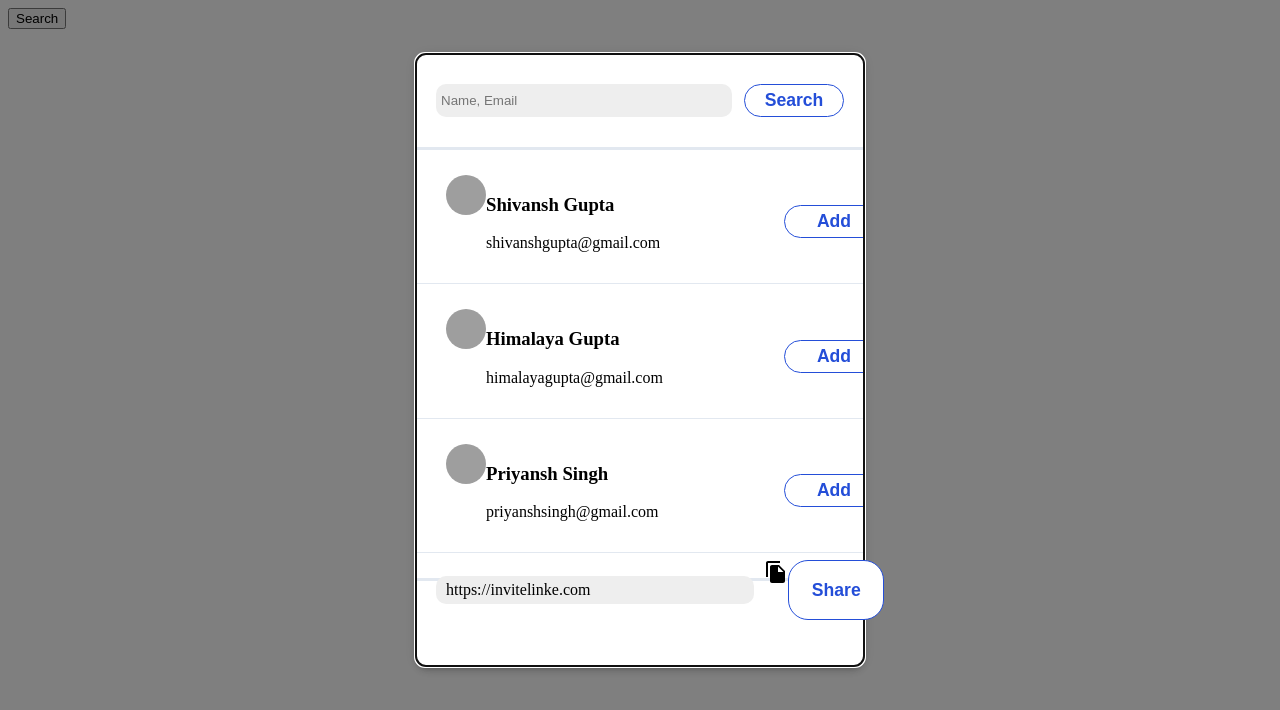
Repository: shiv0403/event-planner
Page: /, after clicking the first element matching `button`
An editor plug-in stored every save of this project. The page is shown before and after the next save, followed by the edit.
The browser window is 1280 px wide. The pictures show the whole page.
Pictures or frames that could not be fetched are drawn as grey boxes. An inner scrolling area shows only its first screen. The project was rebuilt for these pictures with package versions that can differ from the ones it lists, and the page was loaded fresh each time.

Above is the page before, as saved 2021-07-27 13:02:46.

### src/App.js
import React from "react";
import Modal from "./Components/SearchModal/SearchModal";

function App() {
  return (
    <div className="App">
      <Modal />
    </div>
  );
}

export default App;

### src/Components/SearchModal/SearchModal.js
import React, { useState } from "react";
import { makeStyles } from "@material-ui/core/styles";
import Modal from "@material-ui/core/Modal";
import Backdrop from "@material-ui/core/Backdrop";
import Fade from "@material-ui/core/Fade";
import FileCopyIcon from "@material-ui/icons/FileCopy";

import SearchPerson from "./SearchPerson";

import "./SearchModal.css";

const useStyles = makeStyles((theme) => ({
  modal: {
    display: "flex",
    alignItems: "center",
    justifyContent: "center",
  },
  paper: {
    backgroundColor: theme.palette.background.paper,
    boxShadow: theme.shadows[5],
    // padding: theme.spacing(2, 4, 3),
    width: "35%",
    borderRadius: "10px",
    height: "85%",
  },
}));

export default function TransitionsModal() {
  const classes = useStyles();
  const [open, setOpen] = useState(false);
  const [data, setData] = useState([
    {
      name: "Shivansh Gupta",
      email: "shivanshgupta@gmail.com",
    },
    {
      name: "Himalaya Gupta",
      email: "himalayagupta@gmail.com",
    },
    {
      name: "Priyansh Singh",
      email: "priyanshsingh@gmail.com",
    },
    {
      name: "asdlkfj lskdjf",
      email: "sadlkfj@lskdf.com",
    },

    {
      name: "asdlkfj lskdjf",
      email: "sadlkfj@lskdf.com",
    },
    {
      name: "asdlkfj lskdjf",
      email: "sadlkfj@lskdf.com",
    },
    {
      name: "asdlkfj lskdjf",
      email: "sadlkfj@lskdf.com",
    },
    {
      name: "asdlkfj lskdjf",
      email: "sadlkfj@lskdf.com",
    },
    {
      name: "asdlkfj lskdjf",
      email: "sadlkfj@lskdf.com",
    },
  ]);

  const handleOpen = () => {
    setOpen(true);
  };

  const handleClose = () => {
    setOpen(false);
  };

  return (
    <div>
      <button type="button" onClick={handleOpen}>
        Search
      </button>
      <Modal
        aria-labelledby="transition-modal-title"
        aria-describedby="transition-modal-description"
        className={classes.modal}
        open={open}
        onClose={handleClose}
        closeAfterTransition
        BackdropComponent={Backdrop}
        BackdropProps={{
          timeout: 500,
        }}
      >
        <Fade in={open}>
          <div className={classes.paper}>
            <div className="search__header">
              <input type="text" placeholder="Name, Email" />
              <button type="submit"> Search</button>
            </div>
            <div className="search__body">
              {data.map((person) => (
                <SearchPerson name={person.name} email={person.email} />
              ))}
            </div>
            <div className="search__footer">
              <p>https://invitelinke.com</p>
              <FileCopyIcon />
              <button type="submit">Share</button>
            </div>
          </div>
        </Fade>
      </Modal>
    </div>
  );
}

### src/Components/SearchModal/SearchPerson.js
import React from "react";
import Avatar from "@material-ui/core/Avatar";

import "./SearchPerson.css";

function SearchPerson({ name, email }) {
  return (
    <div className="search__person">
      <div className="sp__details">
        <div className="sp__details__avatar">
          <Avatar alt="Remy Sharp" src="/static/images/avatar/1.jpg" />
        </div>
        <div className="sp__details__cred">
          <h3>{name}</h3>
          <p>{email}</p>
        </div>
      </div>

      <div className="sp__add">
        <button type="submit">Add</button>
      </div>
    </div>
  );
}

export default SearchPerson;

### src/Components/SearchModal/SearchModal.css
.search__header {
  display: flex;
  justify-content: space-between;
  padding: 30px 20px;
  border-bottom: 3px solid #e2e8f0;
}

.search__header > input {
  border-radius: 10px;
  width: 70%;
  padding: 5px;
  margin-right: 10px;
  background-color: #eee;
  outline: none;
  border: 0px;
}

.search__header > button {
  padding: 5px 3px;
  width: 100px;
  border: 1px #244ed8 solid;
  font-size: 1.1rem;
  border-radius: 20px;
  background-color: #fff;
  font-weight: 800;
  color: #244ed8;
}

.search__body {
  overflow-y: auto;
  height: 70%;
  border-bottom: 3px solid #e2e8f0;
}

.search__body::-webkit-scrollbar {
  display: none;
}

.search__footer {
  display: flex;
  justify-content: space-between;
  margin-top: 40px;
  padding: 20px;
  position: absolute;
  bottom: 80px;
  width: 35%;
  /* border-top: 1px solid #e2e8f0; */
}

.search__footer > p {
  background-color: #eee;
  padding: 5px 10px;
  width: 70%;
  border-radius: 10px;
  margin-right: 10px;
}

.search__footer > button {
  padding: 5px 3px;
  width: 100px;
  border: 1px #244ed8 solid;
  font-size: 1.1rem;
  border-radius: 20px;
  background-color: #fff;
  font-weight: 800;
  color: #244ed8;
}

.search__footer > button:hover {
  background-color: RGBA(36, 78, 216, 0.1);
  box-shadow: inset 0 0 0 1.5px #244ed8;
  transition: all 0.3s;
}

### src/Components/SearchModal/SearchPerson.css
.search__person {
  display: flex;
  justify-content: space-between;
  align-items: center;
  padding: 5px 20px;
  width: 100%;
  margin: 10px auto;
}

.search__person:not(:last-child) {
  border-bottom: 1px #e2e8f0 solid;
}

.sp__details {
  /* background-color: #eee; */
  display: flex;
  border-radius: 10px;
  width: 95%;
  padding: 10px;
  margin-right: 10px;
}

.sp__details > h3 {
  font-size: 1.2rem;
  font-weight: 800;
}

.sp__details > p {
  font-size: 1rem;
  margin-top: 5px;
  color: gray;
}

.sp__add > button {
  padding: 5px 3px;
  width: 100px;
  border: 1px #244ed8 solid;
  font-size: 1.1rem;
  border-radius: 20px;
  background-color: #fff;
  font-weight: 800;
  color: #244ed8;
}

.sp__add > button:hover {
  background-color: RGBA(36, 78, 216, 0.1);
  box-shadow: inset 0 0 0 1.5px #244ed8;
  transition: all 0.3s;
}

/*
#f7fafc
#2563eb
#414a59
#244ed8 */

Loaded but not shown: public/index.html (common file); src/index.js (common file)

After the next save:
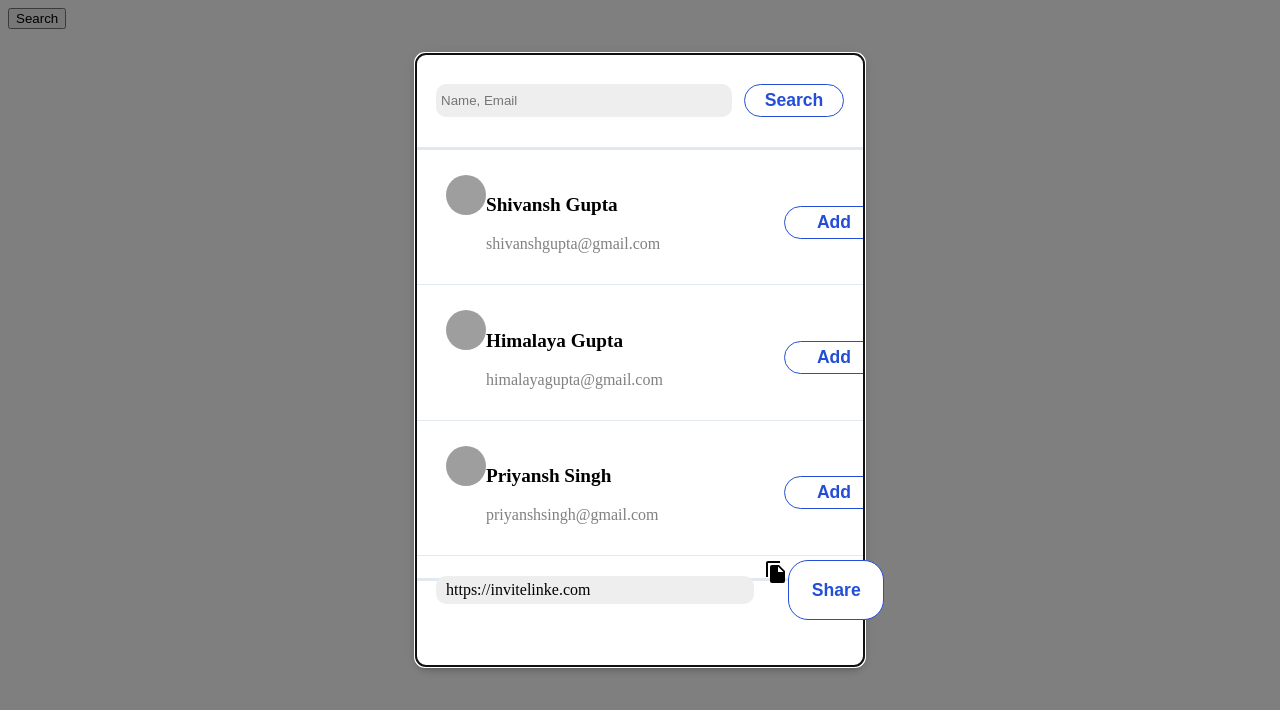
Saved 116 s later.
--- a/src/Components/SearchModal/SearchPerson.css
+++ b/src/Components/SearchModal/SearchPerson.css
@@ -20,12 +20,12 @@
   margin-right: 10px;
 }
 
-.sp__details > h3 {
+.sp__details__cred > h3 {
   font-size: 1.2rem;
   font-weight: 800;
 }
 
-.sp__details > p {
+.sp__details__cred > p {
   font-size: 1rem;
   margin-top: 5px;
   color: gray;
